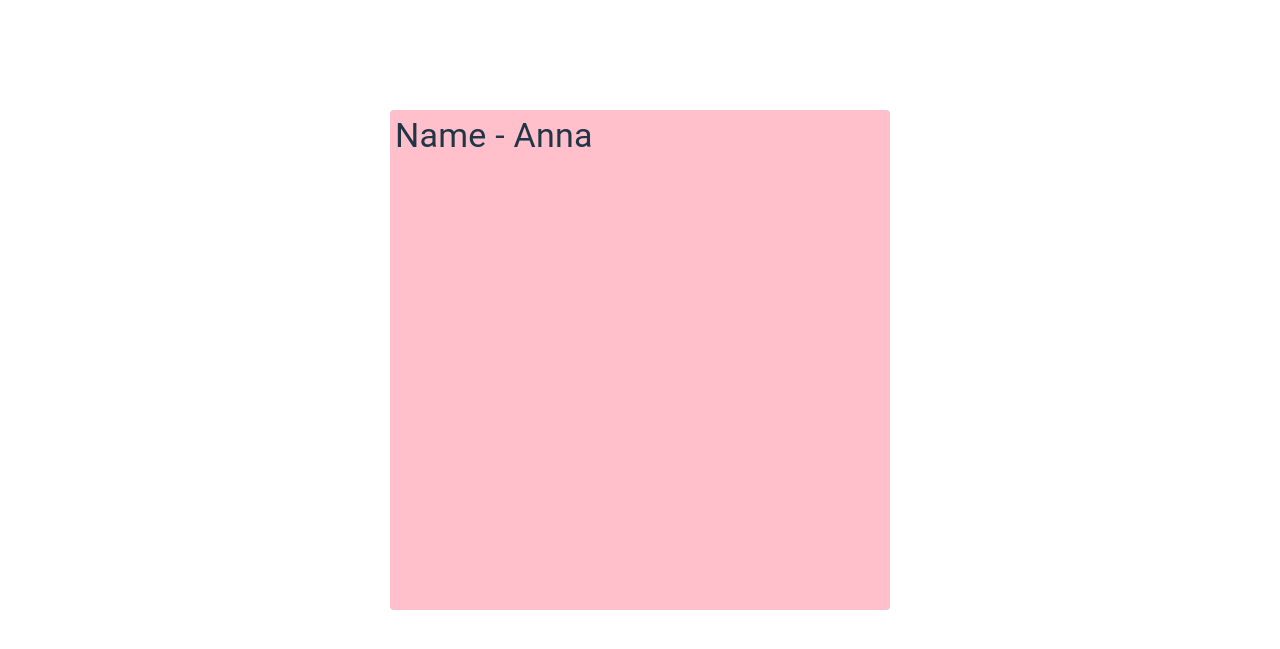
Repository: savannaaaas/props
Page: /
The author's editor kept a copy of each file at every save. The page is drawn from the files as they stood at one save, then again after the next save.
The browser window is 1280 px wide. The pictures show the whole page.
The project was rebuilt for these pictures with package versions that can differ from the ones it lists, and the page was loaded fresh each time. Also part of the build but not shown: vite.config.js.

Above is the page before, as saved 2025-07-07 23:41:46.

After the next save:
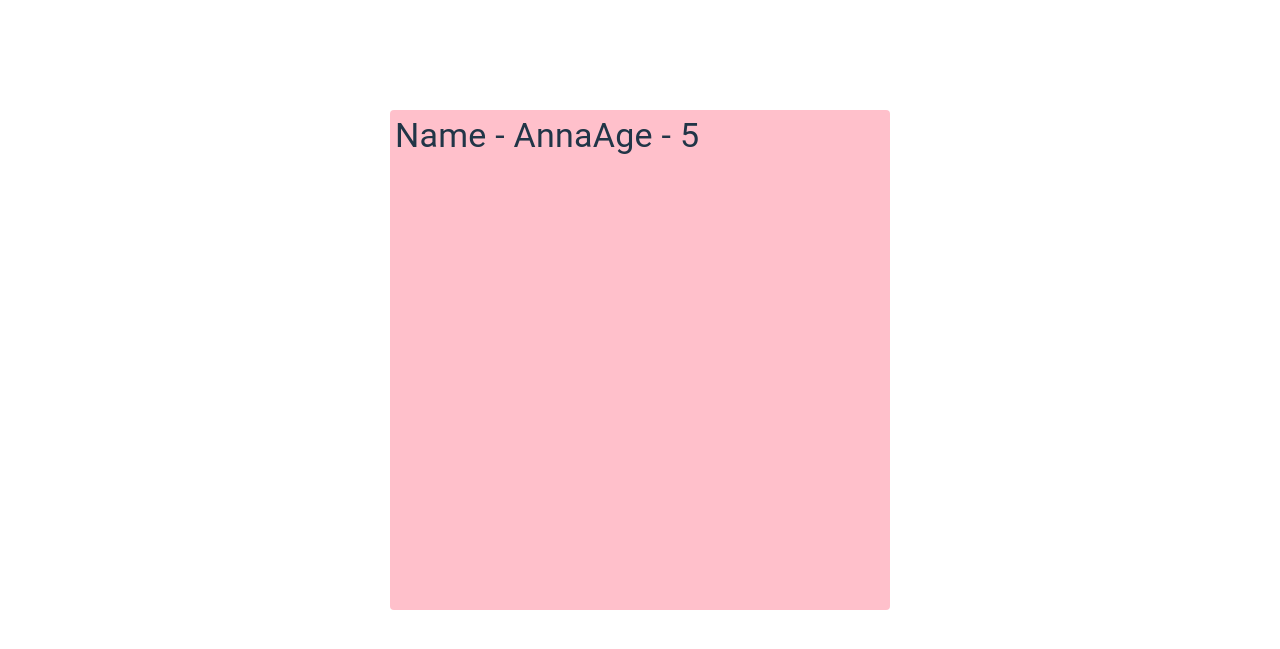
Saved 10 s later.
--- a/src/components/Person.jsx
+++ b/src/components/Person.jsx
@@ -3,6 +3,7 @@ export const Person = ({ name, age }) => {
   return (
     <Typography variant="h4" align="left" style={{ padding: "5px" }}>
       Name - {name}
+      Age - {age}
     </Typography>
   );
 };
